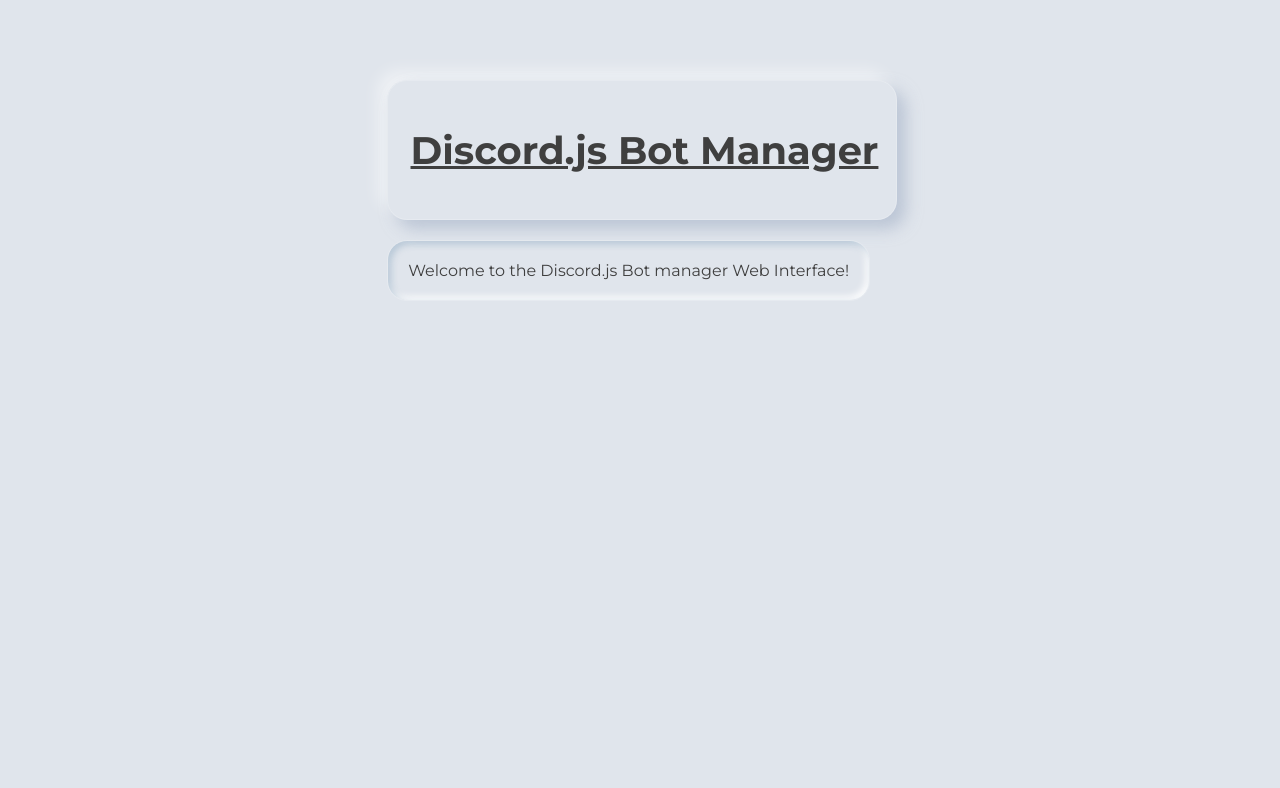
Repository: O-Schell/Discord-Bot-Manager
Page: Web_Interface/main.HTML
An editor plug-in stored every save of this project. The page is shown before and after a run of saves, followed by the edit.
The browser window is 1280 px wide. The pictures show the whole page.
The style sheet was rebuilt from its Sass, Less or Tailwind sources for each picture, by a compiler version that may differ from the author's.

Above is the page before, as saved 2020-11-24 15:39:43.
Not found: Web_Interface/script.js

### Web_Interface/main.HTML
<!DOCTYPE html>
<html lang="fr">
  <head>
    <meta charset="utf-8" />
    <title>Bot Manager</title>
    <link rel="stylesheet" href="style.css" />
    <script src="script.js"></script>
  </head>

  <body>
    <div
      class="container wrapper" style="padding-left: 30%; padding-right: 30%;"
    >
      <div class="row">
        <div class="card-w col-md-4">
          <div class="card neumorphism" style="width: max-content">
            <div class="card__icon"></div>
            <div class="card__text">
              <h1><u>Discord.js Bot Manager</u></h1>
            </div>
          </div>
        </div>
      </div>
      <div
        class="card-w col-md-4"
        style="font-family: Montserrat; color: #3f3f3f; width: max-content"
      >
        <div class="card inset">
          <div class="card__icon"></div>
          <div class="card__text">
            <p1>Welcome to the Discord.js Bot manager Web Interface!</p1>
          </div>
        </div>
      </div>
      <!--
    <div class="container wrapper">
      <div class="row">
        <div class="card-w col-md-4">
          <div class="card neumorphism">
            <div class="card__icon"></div>
            <div class="card__text">
              Lorem ipsum dolor sit amet consectetur adipisicing elit. Vitae,
              iusto et. Omnis quam enim vitae, esse dolores hic reiciendis nobis
              eligendi commodi eaque sed maxime non dolorum incidunt laudantium
              facilis!
            </div>
          </div>
        </div>
        <div class="card-w col-md-4">
          <div class="card inset">
            <div class="card__icon"></div>
            <div class="card__text">
              Lorem ipsum dolor sit amet consectetur adipisicing elit. Vitae,
              iusto et. Omnis quam enim vitae, esse dolores hic reiciendis nobis
              eligendi commodi eaque sed maxime non dolorum incidunt laudantium
              facilis!
            </div>
          </div>
        </div>
        <div class="card-w col-md-4">
          <div class="card active">
            <div class="card__icon"></div>
            <div class="card__text">
              Lorem ipsum dolor sit amet consectetur adipisicing elit. Vitae,
              iusto et. Omnis quam enim vitae, esse dolores hic reiciendis nobis
              eligendi commodi eaque sed maxime non dolorum incidunt laudantium
              facilis!
            </div>
          </div>
        </div>
      </div>
    </div>
    --></div>
  </body>
</html>

### Web_Interface/style.scss
@import url("https://fonts.googleapis.com/css?family=Montserrat:400,700&display=swap");


body {
  background-color: #dedede;
}
h1 {
  font-size: 3vw;
  padding-left: 0.5%;
  width: max-content;
  font-family: "Montserrat";
  color: #3f3f3f;
}

/* variables */
$bkg: #f7f8fc;
$l-grad-hex-100: #efeff6;
$l-grad-rgba-100: rgba(179, 202, 226, 0.28);

$d-grad-100: dark;

body {
  //background: linear-gradient(318.32deg, #C3D1E4 0%, #DDE7F3 55%, #D4E0ED 100%);
  background: #e0e5ec;
  min-height: 100vh;
}
.wrapper {
  margin: 60px auto;
}

.neumorphism {
  background-color: #e0e5ec;
  //dark
  box-shadow: 9px 9px 16px rgba(163, 177, 198, 0.6),
    -9px -9px 16px rgba(255, 255, 255, 0.5);
  //light
  //box-shadow: 4px 2px 16px rgba(136, 165, 191, 0.48), -4px -2px 16px #FFFFFF;
}

.card-w {
  padding-top: 20px;
  .card {
    display: flex;
    flex-direction: column;
    align-items: center;
    padding: 20px 20px;
    border-radius: 30px;
    position: relative;
    background: transparent;
    border-radius: 20px;
    border: 1px solid rgba(255, 255, 255, 0.2);

    .card__icon {
      text-align: center;
    }
    .card__text {
      text-align: center;
    }
  }
}

/* inset */
.card.inset {
  box-shadow: inset 3px 3px 7px rgba(136, 165, 191, 0.48),
    inset -3px -3px 7px #ffffff;
  i {
    text-shadow: 1px 1px 1px #d6e1ef99, 0 0 0 #000, 1px 1px 1px #d6e1ef00;
  }
}

.card.active {
  box-shadow: 9px 9px 16px rgba(163, 177, 198, 0.6),
    -9px -9px 16px rgba(255, 255, 255, 0.5),
    inset 3px 3px 7px rgba(136, 165, 191, 0.48), inset -3px -3px 7px #ffffff;
  background: linear-gradient(
    318.32deg,
    rgba(163, 177, 198, 0.1) 0%,
    rgba(163, 177, 198, 0.1) 55%,
    rgba(163, 177, 198, 0.25) 100%
  );
}

After the next 2 saves:
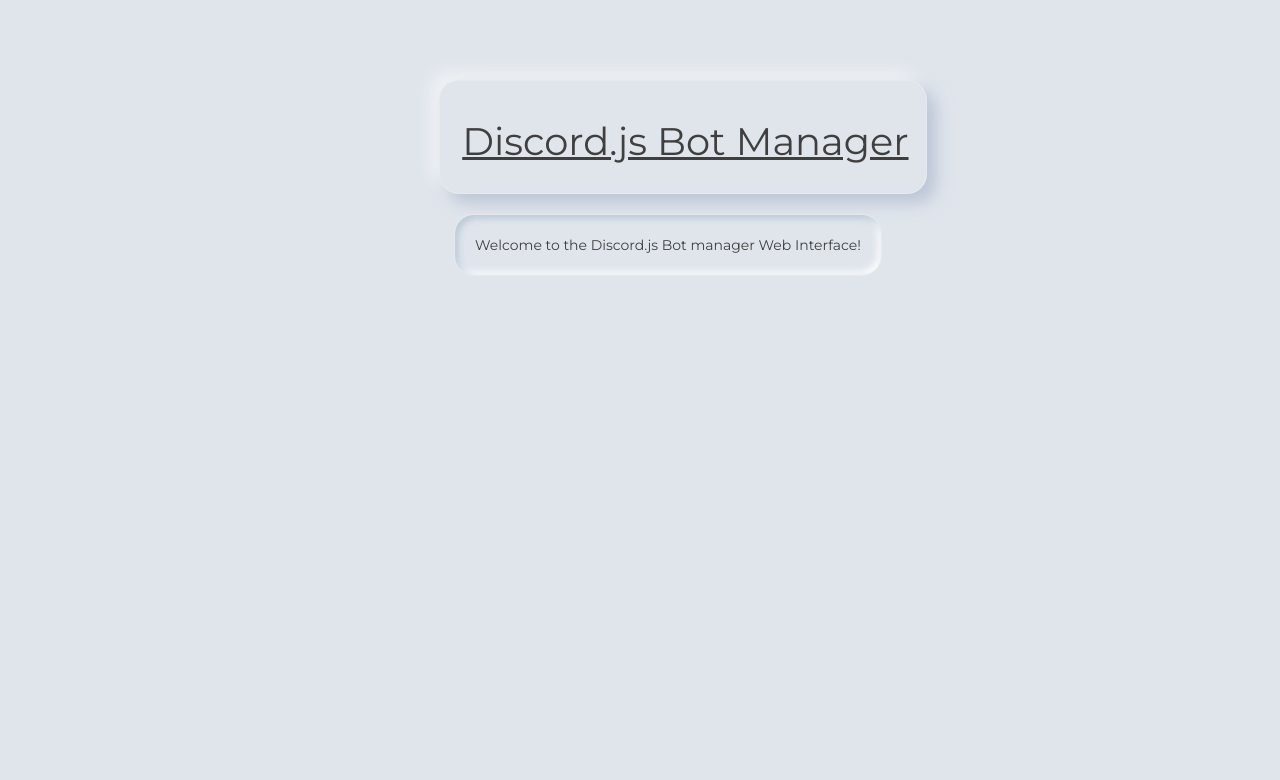
The 2 saves are shown as one change because 1 did not build or start.
The last was saved 96 s later.
--- a/Web_Interface/style.scss
+++ b/Web_Interface/style.scss
@@ -1,4 +1,5 @@
 @import url("https://fonts.googleapis.com/css?family=Montserrat:400,700&display=swap");
+@import url('https://unpkg.com/bootstrap@3.3.7/dist/css/bootstrap.min.css');
 
 
 body {
